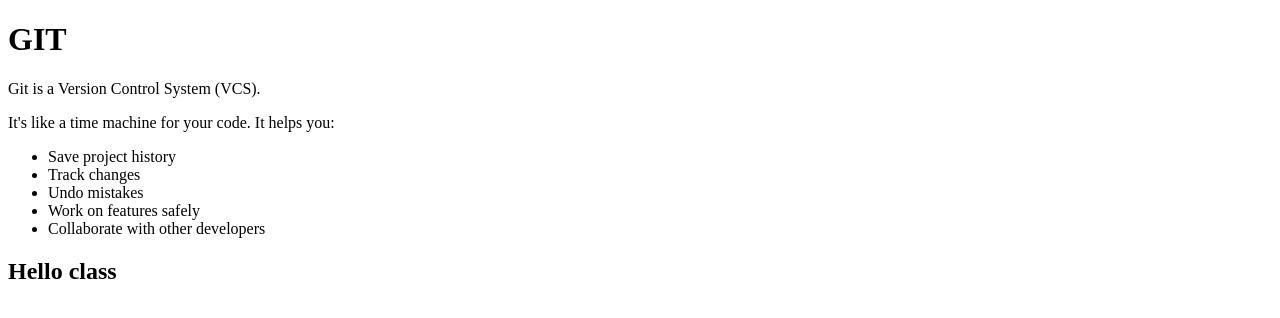
Repository: brownsonjoy1811/GitandGithub
Page: git.html
An editor plug-in stored every save of this project. The page is shown before and after a run of saves, followed by the edit.
The browser window is 1280 px wide. The pictures show the whole page.

Above is the page before, as saved 2026-06-16 10:53:46.

### git.html
<!DOCTYPE html>
<html lang="en">
<head>
    <meta charset="UTF-8">
    <meta name="viewport" content="width=device-width, initial-scale=1.0">
    <title>Document</title>
</head>
<body>
    <h1>GIT</h1>
    <p>Git is a Version Control System (VCS).</p>
    <p>It's like a time machine for your code.  It helps you:</p>
    <ul>
        <li>Save project history</li>
        <li>Track changes</li>
        <li>Undo mistakes</li>
        <li>Work on features safely</li>
        <li>Collaborate with other developers</li>
    </ul>

    <h2>Hello class</h2>

</body>
</html>

After the next 3 saves:
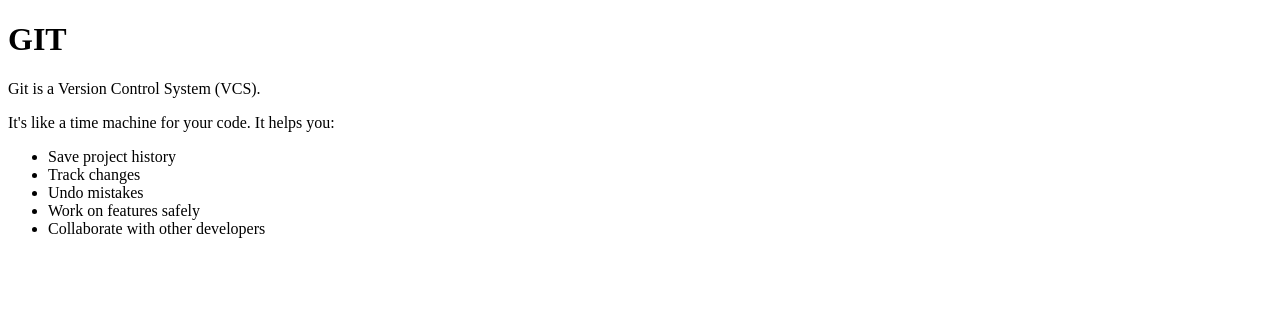
The 3 saves are shown as one change because they came seconds apart.
The last was saved 42 min 22 s later.
--- a/git.html
+++ b/git.html
@@ -17,7 +17,7 @@
         <li>Collaborate with other developers</li>
     </ul>
 
-    <h2>Hello class</h2>
+    <h3></h3>
 
 </body>
 </html>
